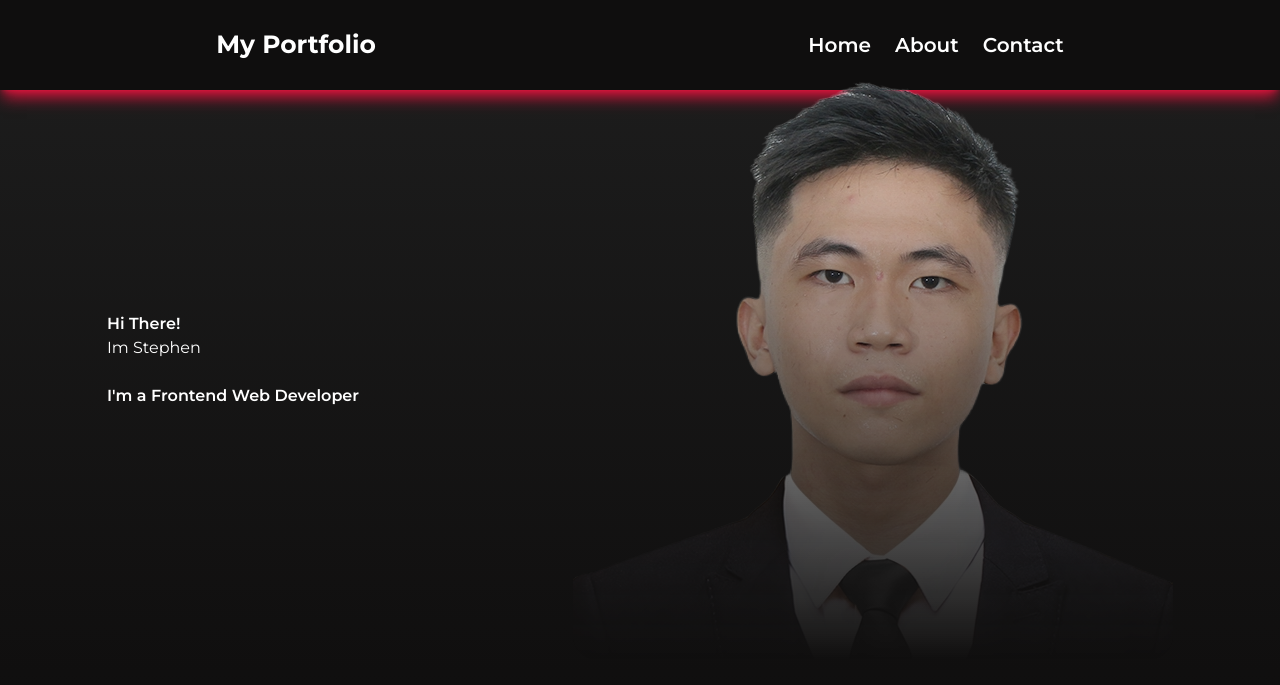
Repository: KaguyaKawaii/portfolio
Page: / (app in frontend/)
An editor plug-in stored every save of this project. The page is shown before and after the next save, followed by the edit.
The browser window is 1280 px wide. The pictures show the whole page.
The project was rebuilt for these pictures with package versions that can differ from the ones it lists, and the page was loaded fresh each time. Also part of the build but not shown: frontend/vite.config.js.

Above is the page before, as saved 2025-10-28 00:01:05.

After the next save:
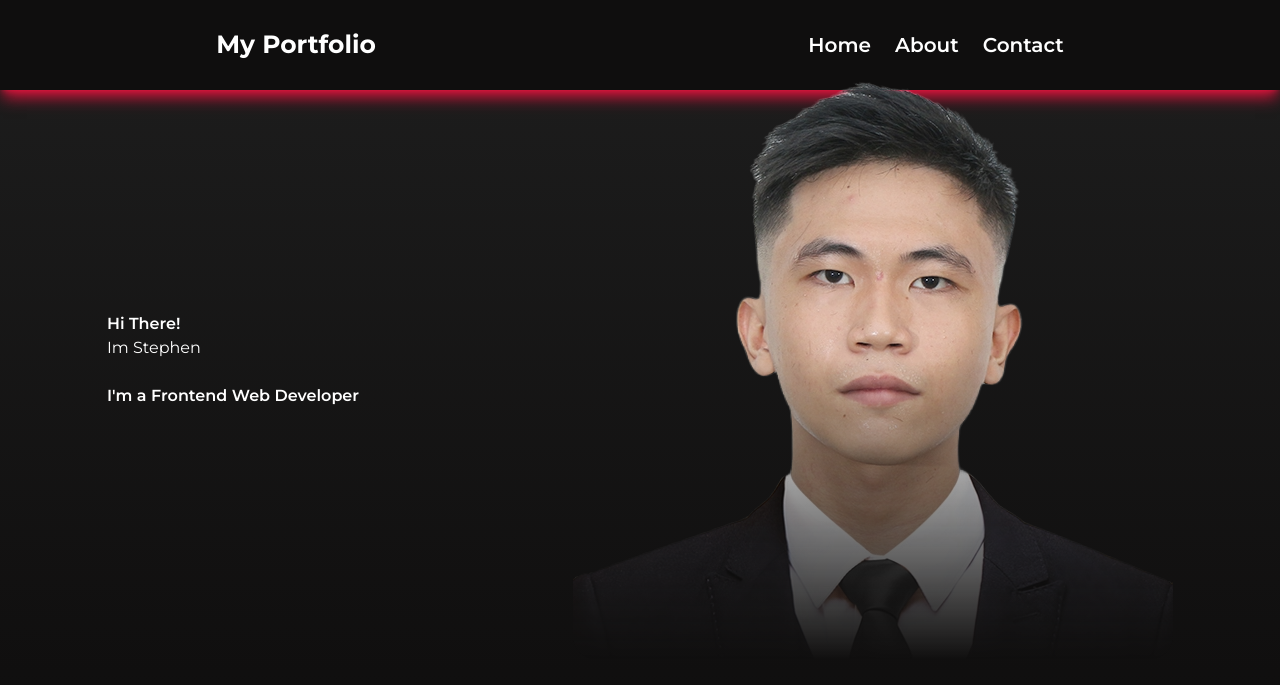
Saved 7 s later.
--- a/frontend/src/App.jsx
+++ b/frontend/src/App.jsx
@@ -35,7 +35,7 @@
     className="w-full h-full object-cover rounded-3xl"
     style={{
       maskImage: "linear-gradient(to bottom, black 70%, transparent 100%)",
-      WebkitMaskImage: "linear-gradient(to bottom, black 10%, transparent 100%)",
+      WebkitMaskImage: "linear-gradient(to bottom, black 50%, transparent 100%)",
     }}
   />
 
